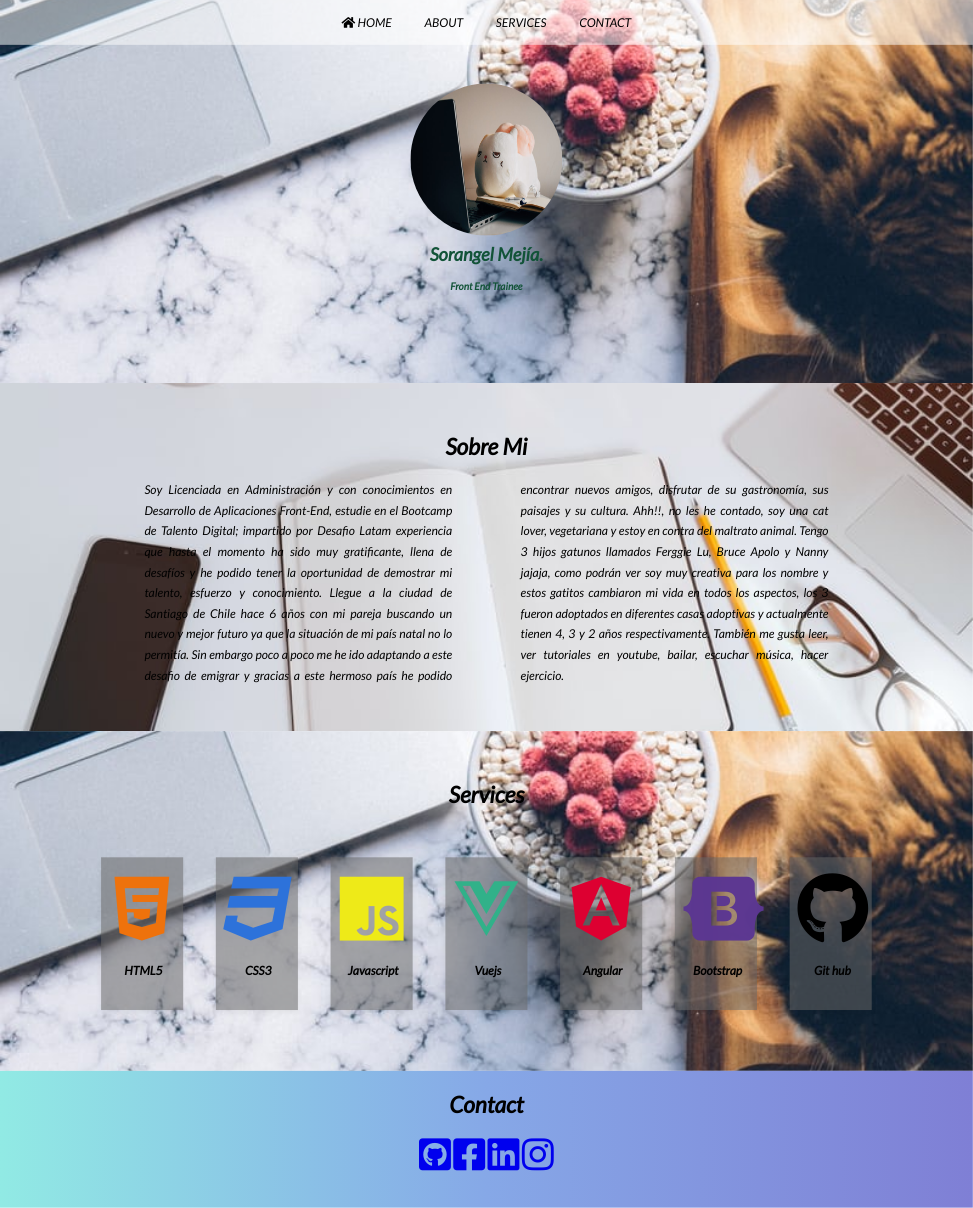
Repository: sory2311/portfolio-css
Page: index.html
These files come from the project's save history. The page is drawn as it stood at one moment and after the next save; the edit follows.
The browser window is 1280 px wide. The pictures show the whole page, at 76% of full size.
Backgrounds fixed to the window are drawn as part of the page. Some web libraries are served in a nearby version.

Above is the page before, as saved 2021-05-27 18:54:12.

After the next save:
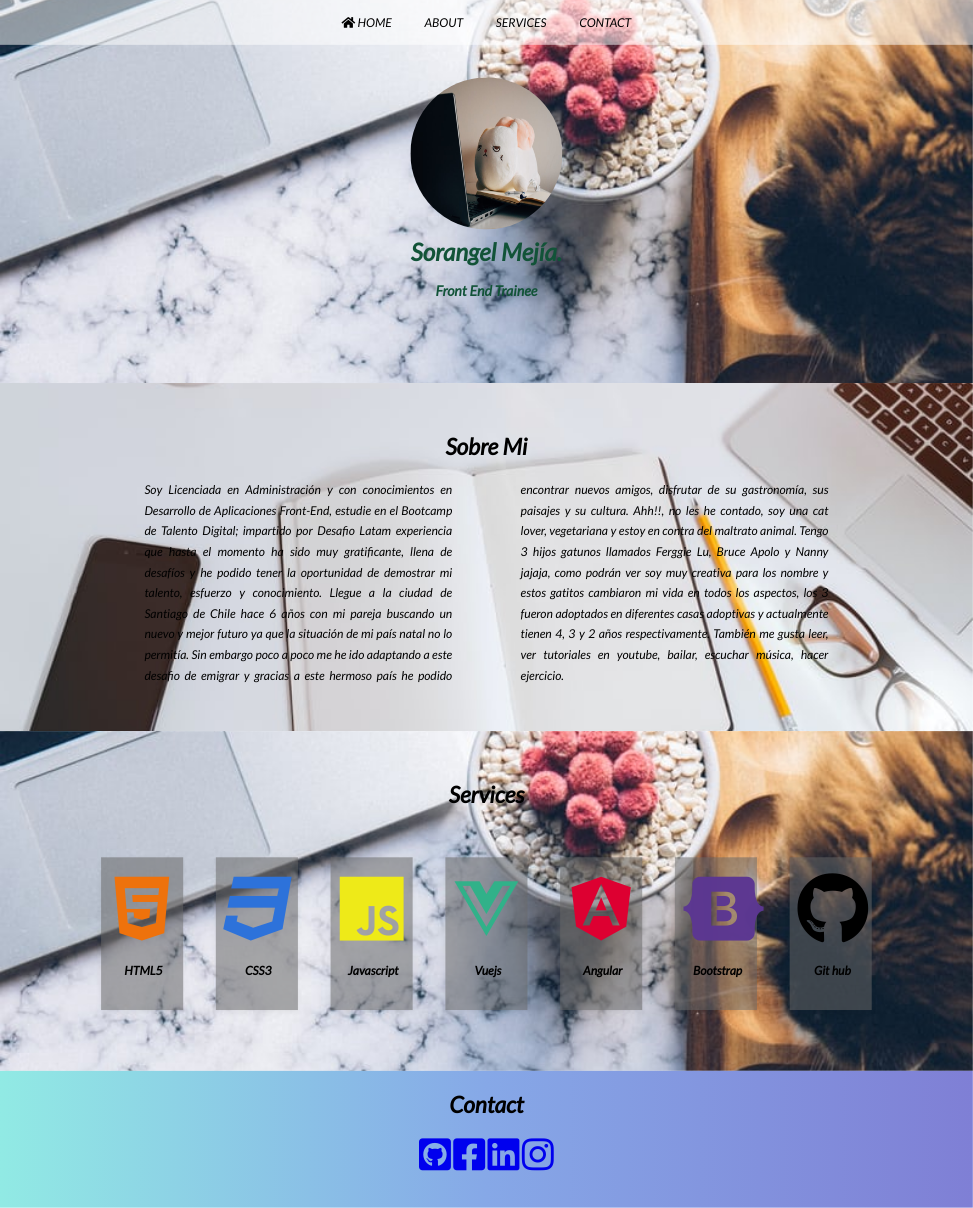
Saved 16 min 49 s later.
--- a/index.html
+++ b/index.html
@@ -28,8 +28,8 @@
     <!--aqui comienza el home-->
     <header id="home">
       <img src="./img/avatar2.jpeg" alt="Mi foto" class="avatar" />
-      <h2 class="header-name">Sorangel Mejía.</h2>
-      <h5 class="header-title">Front End Trainee</h5>
+      <h1 class="header-name">Sorangel Mejía.</h1>
+      <h3 class="header-title">Front End Trainee</h3>
     </header>
 
     <!--aqui comienza el acerca de:-->
